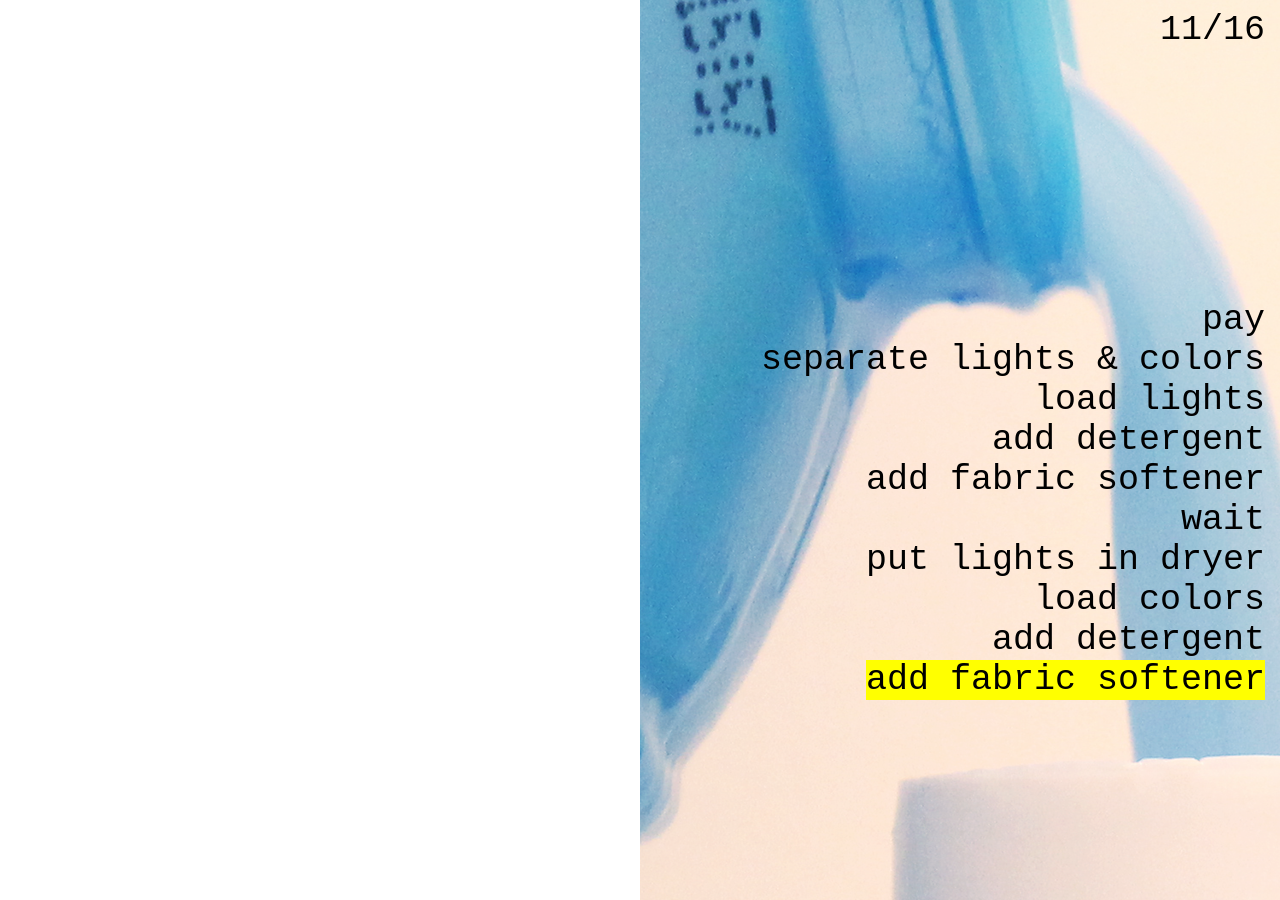
Repository: ortik455/ortik455.github.io
Page: studio/laundrysite/eleven.html
The author's editor kept a record of every edit. The page is drawn from the files as they stood at one moment, then again after the next edit.
The browser window is 1280 px wide. The pictures show the whole page.

Above is the page before.

After the next edit:
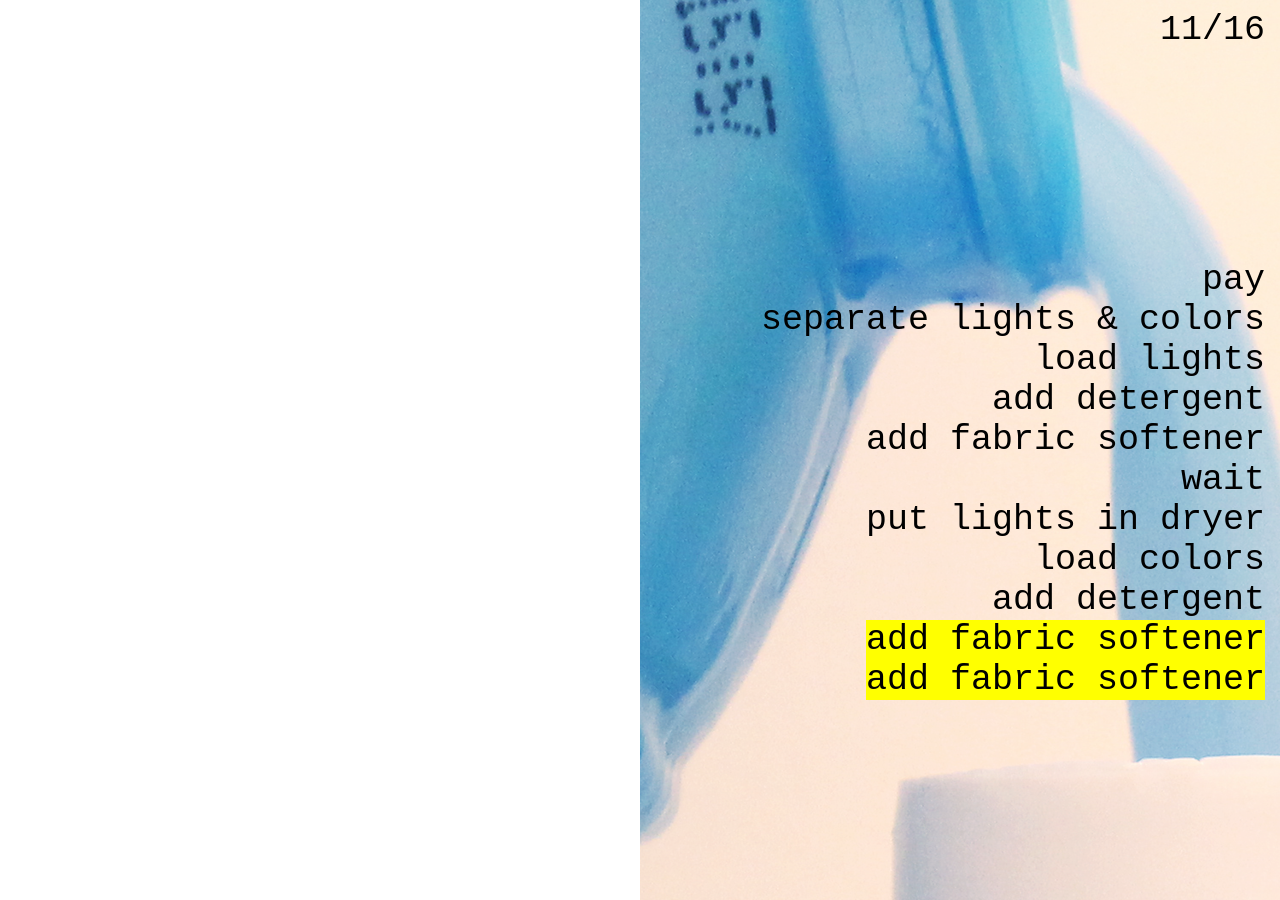
The edit:
--- a/studio/laundrysite/eleven.html
+++ b/studio/laundrysite/eleven.html
@@ -34,6 +34,8 @@
 		  	add detergent
 		  	<br>
 		  	<mark>add fabric softener</mark>
+		  	<br>
+		  	<mark>add fabric softener</mark>
 		</div>
 	  </div>
 
